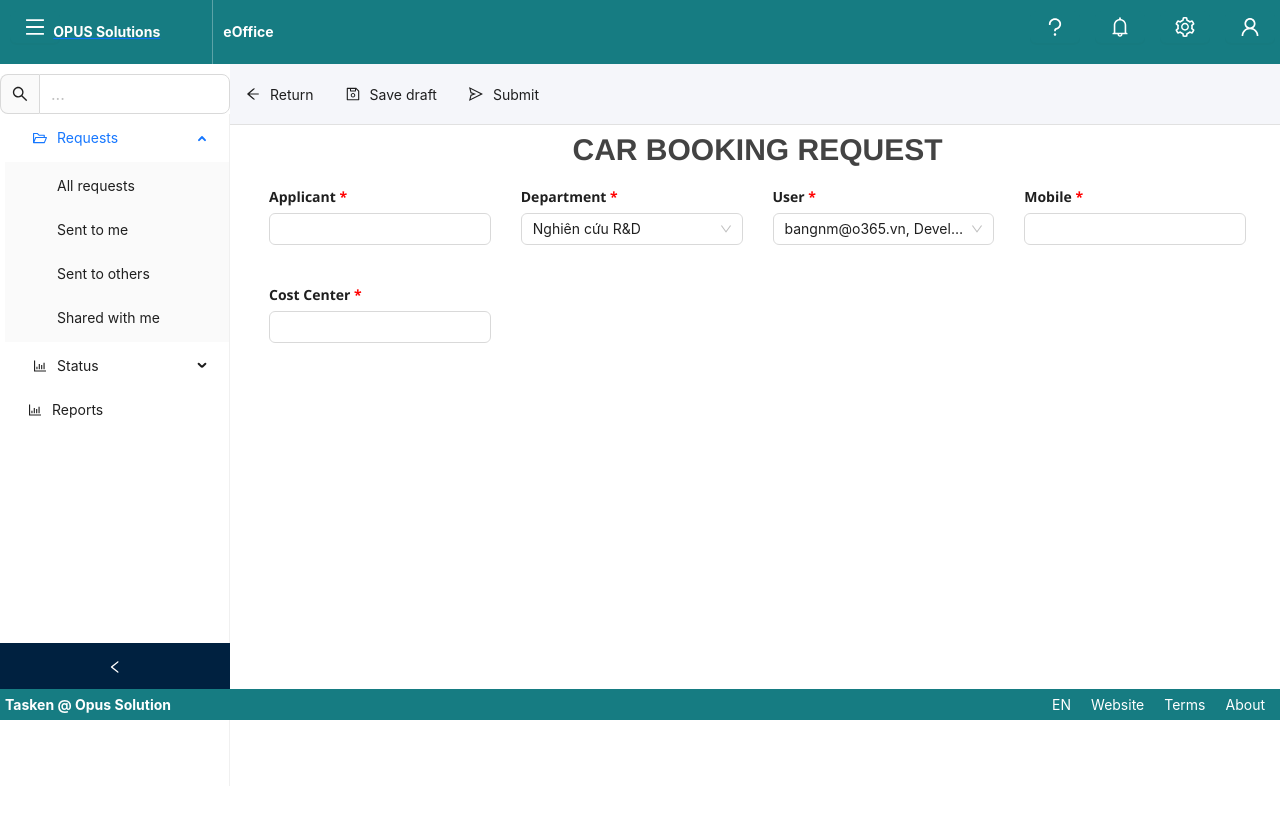
Repository: vannam272008/car-booking
Page: /request/addrequest
These files come from the project's save history. The page is drawn as it stood at one moment and after the next save; the edit follows.
The browser window is 1280 px wide. The pictures show the whole page.
The project was rebuilt for these pictures with package versions that can differ from the ones it lists, and the page was loaded fresh each time. Also part of the build but not shown: src/Components/DetailRequest/Comments/comment.css, src/Components/DetailRequest/Comments/comment.tsx, src/Components/DetailRequest/Menu/menu.tsx, src/Components/DetailRequest/Detail/detail.tsx, src/Pages/ManageRequest/index.css, src/Pages/ManageRequest/ManageRequest.tsx. Imported but missing from the stored project, and not drawn on this page: src/Pages/Home.

Above is the page before, as saved 2023-07-06 15:52:02.

After the next save:
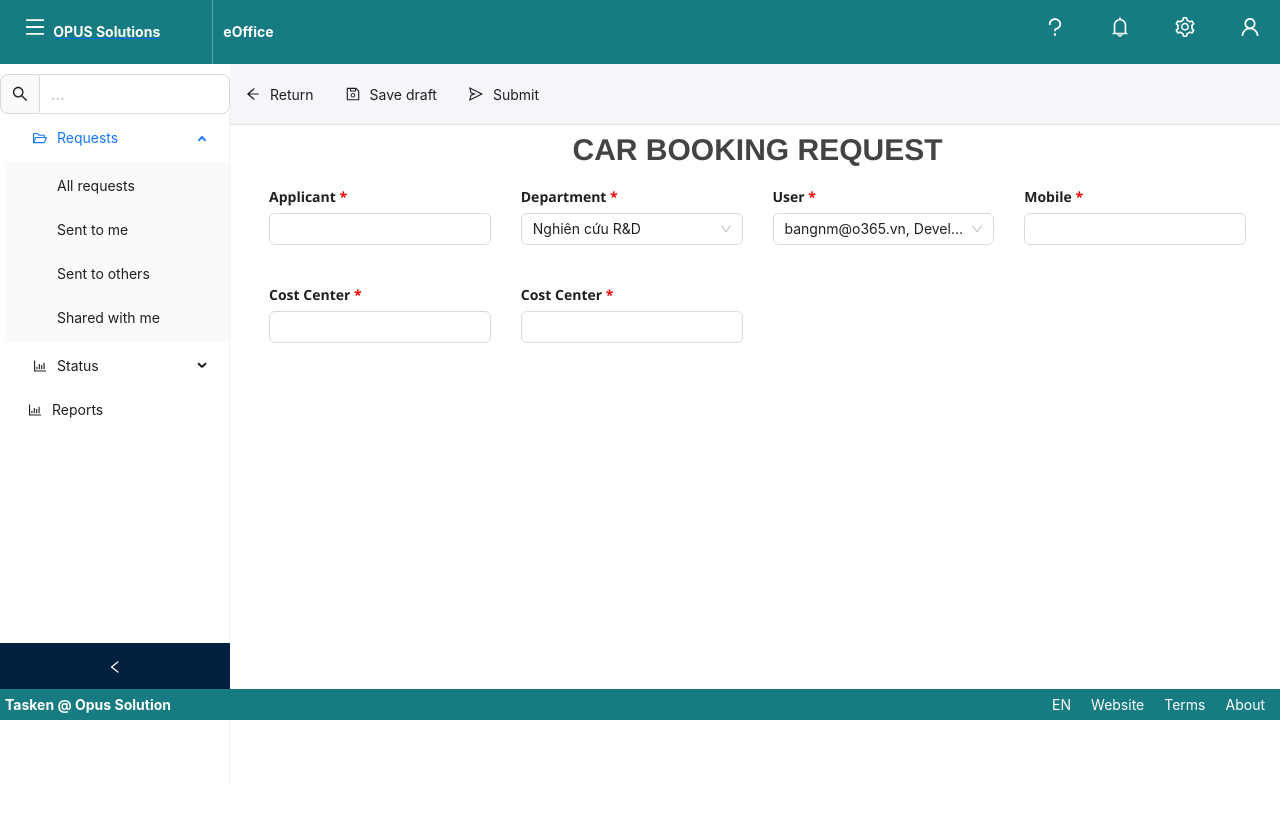
Saved 22 s later.
--- a/src/Components/AddRequest/AddRequest/index.tsx
+++ b/src/Components/AddRequest/AddRequest/index.tsx
@@ -100,6 +100,18 @@ function AddRequest(): JSX.Element {
                                                 <Input></Input>
                                             </Form.Item>
                                         </Col>
+                                        <Col span={6} className='col-request'>
+                                            <label>Cost Center <span className='required'>*</span></label>
+                                            <Form.Item
+                                                name="CostCenter"
+                                                rules={[
+                                                    {
+                                                        required: true,
+                                                    },
+                                                ]}>
+                                                <Input></Input>
+                                            </Form.Item>
+                                        </Col>
                                     </Row>
                                 </Form>
                             </div>
